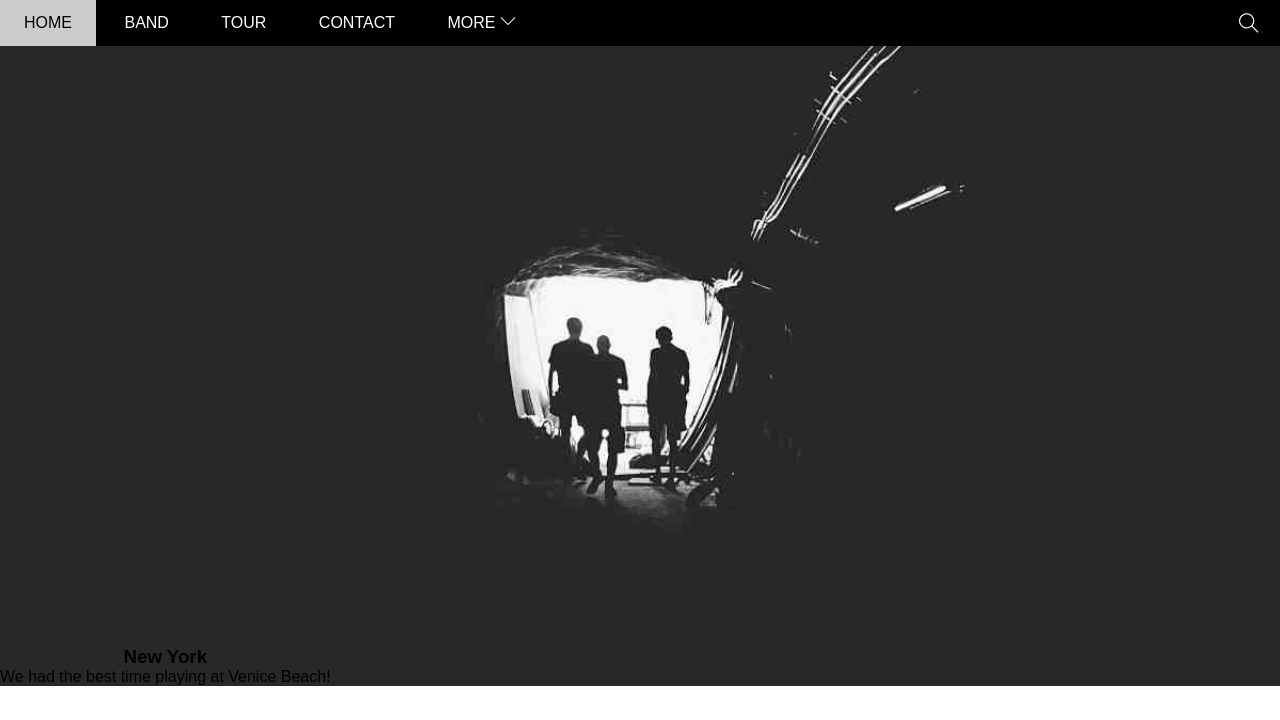
Repository: minhnguyennn/w3_band_music
Page: index.html
An editor plug-in stored every save of this project. The page is shown before and after a run of saves, followed by the edit.
The browser window is 1280 px wide. The pictures show the whole page.

Above is the page before, as saved 2023-02-18 20:31:08.

After the next 2 saves:
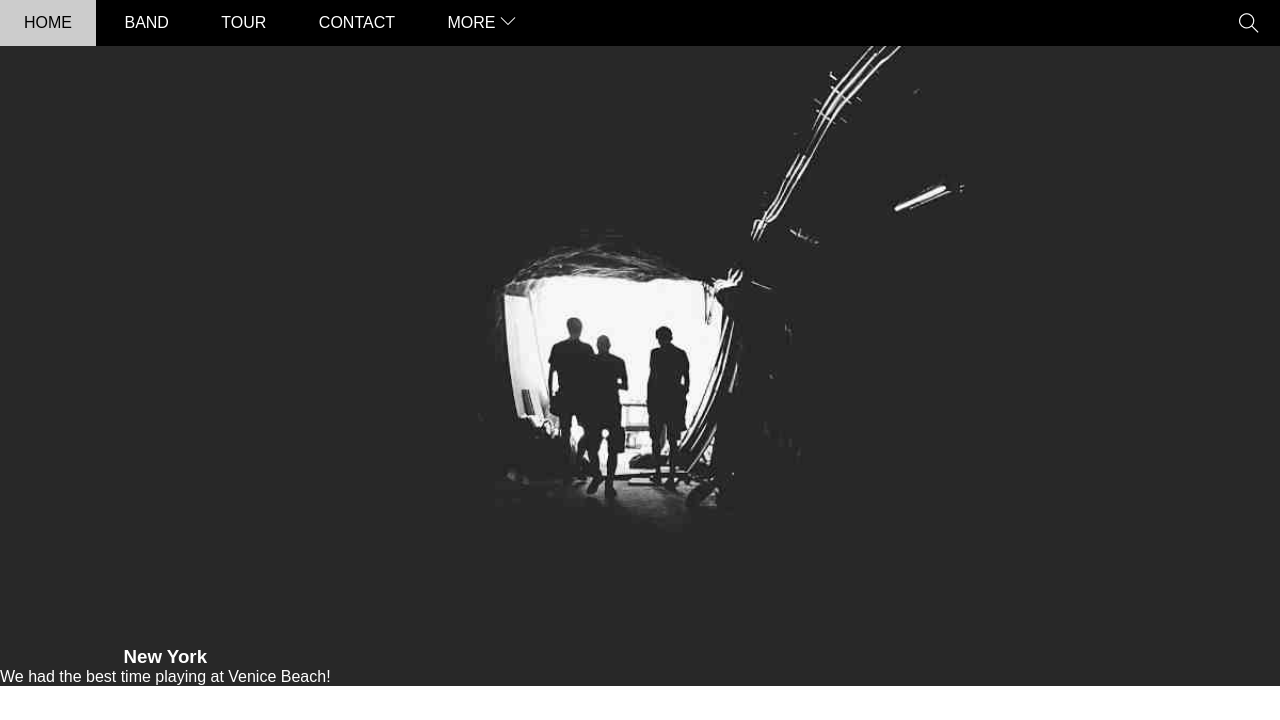
The 2 saves are shown as one change because they came seconds apart.
The last was saved 6 s later.
--- a/assets/css/style.css
+++ b/assets/css/style.css
@@ -110,7 +110,8 @@ html {
    position: absolute;
    text-align: center;
    bottom: 0;
-   color: ;
+   color: #fff;
+
 }
 
 #slider > .text-heading {
